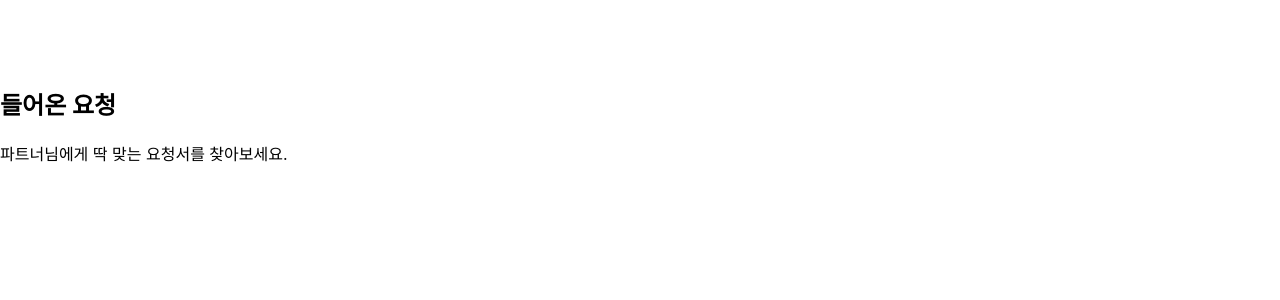
Repository: seoulsaram/capa
Page: /
The author's editor kept a copy of each file at every save. The page is drawn from the files as they stood at one save, then again after the next save.
The browser window is 1280 px wide. The pictures show the whole page.
The project was rebuilt for these pictures with package versions that can differ from the ones it lists, and the page was loaded fresh each time. Also part of the build but not shown: src/App.css, src/components/item_container/item_container.module.css, src/components/request_box/request_box.module.css.

Above is the page before, as saved 2021-03-05 17:30:11.

After the next save:
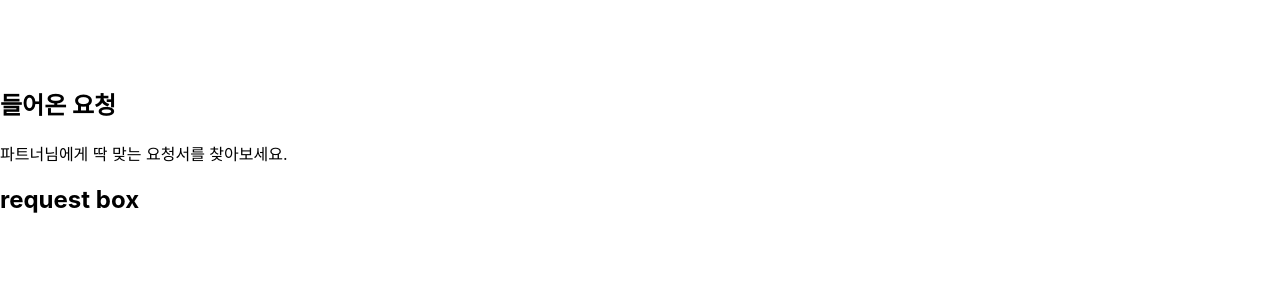
Saved 38 s later.
--- a/src/components/item_container/item_container.js
+++ b/src/components/item_container/item_container.js
@@ -1,10 +1,12 @@
 import React from "react";
+import RequestBox from "../request_box/request_box";
 import styles from "./item_container.module.css";
 
 const ItemContainer = (props) => (
-  <section>
+  <section className={styles.section}>
     <h2>들어온 요청</h2>
     <p>파트너님에게 딱 맞는 요청서를 찾아보세요.</p>
+    <RequestBox />
   </section>
 );
 
